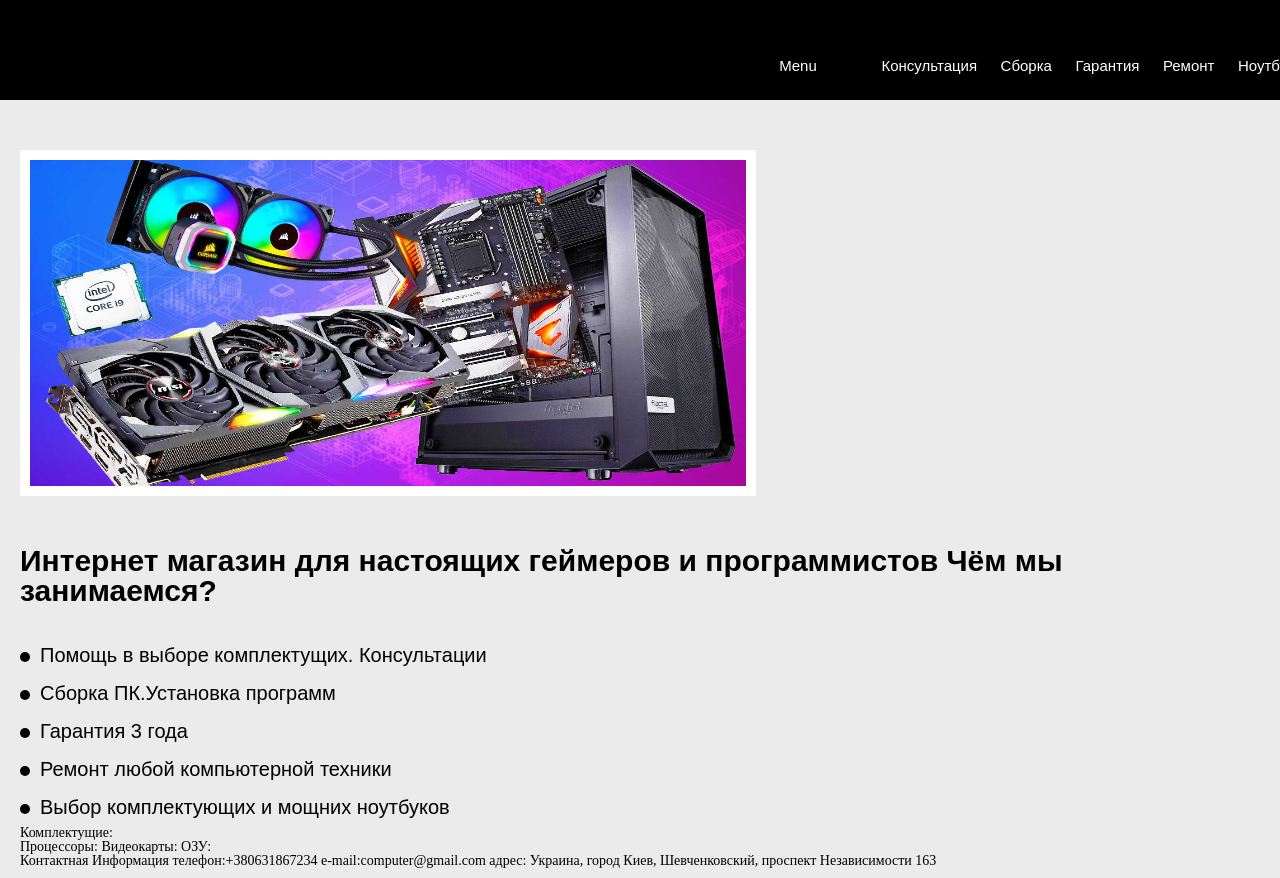
Repository: Bohdan-Sandovenko/First-Project-Flex
Page: index.html
These files come from the project's save history. The page is drawn as it stood at one moment and after the next save; the edit follows.
The browser window is 1280 px wide. The pictures show the whole page.
The style sheet was rebuilt from its Sass, Less or Tailwind sources for each picture, by a compiler version that may differ from the author's.

Above is the page before, as saved 2024-07-26 23:58:54.

After the next save:
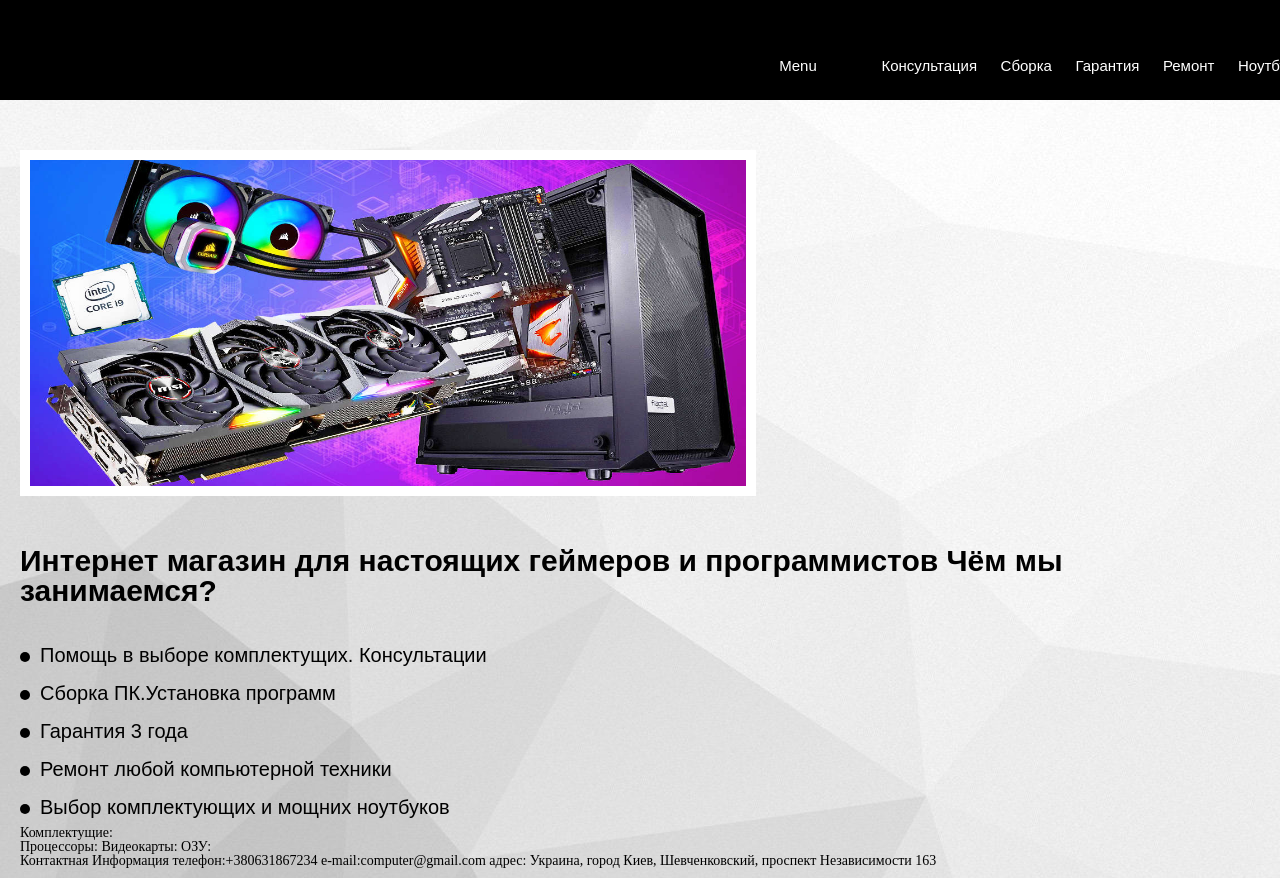
Saved 34 h 20 min later.
--- a/css/style.scss
+++ b/css/style.scss
@@ -56,7 +56,7 @@
 ////////////////////////////////////////////////////////////////////////////////////////////////
 .content {
     padding: 100px 20px 10px 20px;
-    background-color: $color-content;
+    background: url('../images/background-1.jpg');
 
     .content-top {
         .content-top-image-block {
